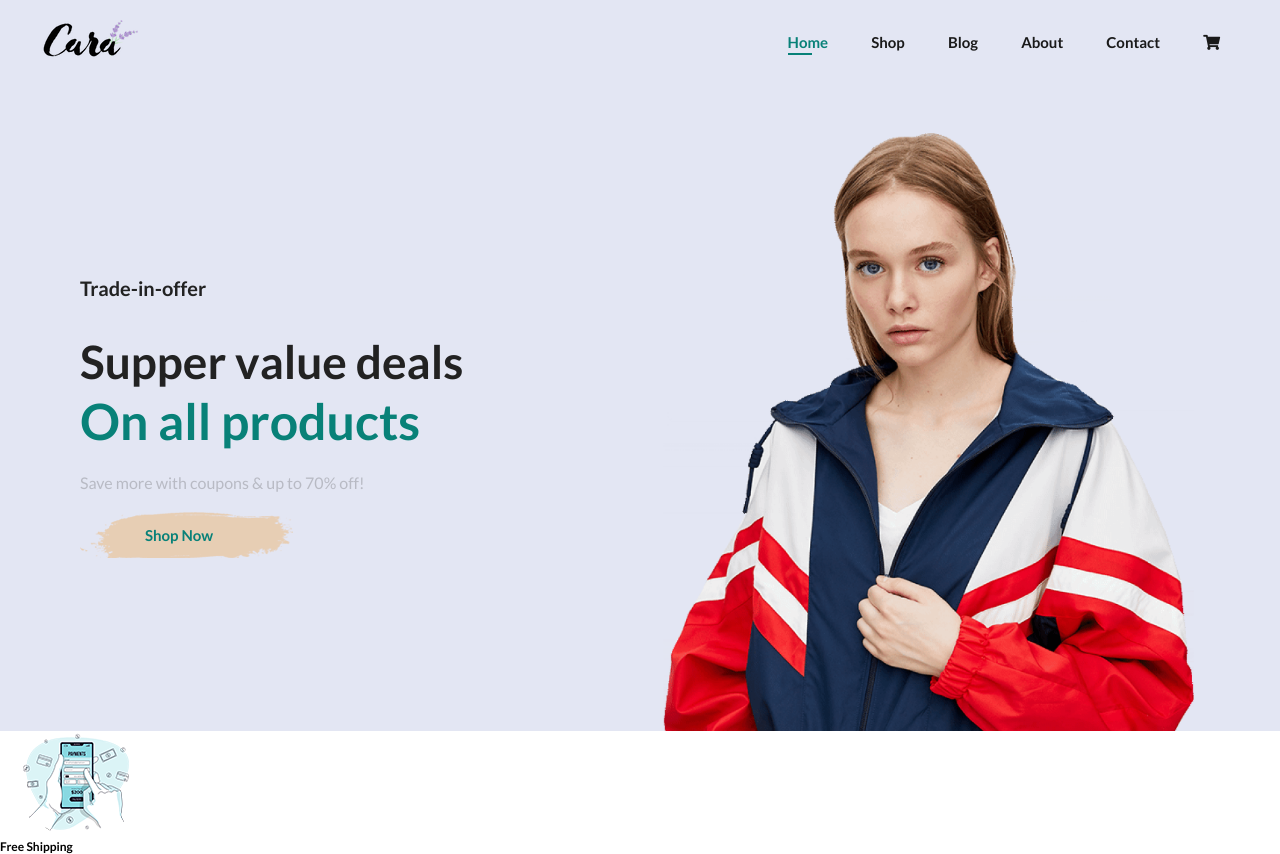
Repository: Nguyenductuan-dev/Website-Clothes
Page: index.html
An editor plug-in stored every save of this project. The page is shown before and after the next save, followed by the edit.
The browser window is 1280 px wide. The pictures show the whole page.

Above is the page before, as saved 2022-04-25 23:51:57.

### index.html
<!DOCTYPE html>
<html lang="en">
<head>
    <meta charset="UTF-8">
    <meta http-equiv="X-UA-Compatible" content="IE=edge">
    <meta name="viewport" content="width=device-width, initial-scale=1.0">
    <link rel="shortcut icon" href="assets/imgs/favicon.png" type="image/x-icon">
    <link rel="stylesheet" href="https://cdnjs.cloudflare.com/ajax/libs/font-awesome/5.15.1/css/all.min.css" />
    <link rel="preconnect" href="https://fonts.googleapis.com">
    <link rel="preconnect" href="https://fonts.gstatic.com" crossorigin>
    <link href="https://fonts.googleapis.com/css2?family=Lato:wght@400;700&family=Montserrat:ital,wght@0,200;0,300;0,400;0,500;0,600;0,700;1,600&display=swap" rel="stylesheet">
    <link rel="stylesheet" href="assets/css/style.css">
    <title>Website Clothes</title>
</head>
<body>
    <!-- ======================= HEADER ====================== -->
    <header class="header " id="header">
        <div class="header__container container">
            <a href="index.html" class="header__logo">
                <img src="assets/images/logo.png" alt="" class="header__logo-img">
            </a>

            <div class="navbar" id="navbar">
                <ul class="navbar__list">
                    <li class="navbar__item ">
                        <a href="index.html" class="navbar__link navbar__active">Home</a>
                    </li>
                    <li class="navbar__item">
                        <a href="shop.html" class="navbar__link">Shop</a>
                    </li>
                    <li class="navbar__item">
                        <a href="blog.html" class="navbar__link">Blog</a>
                    </li>
                    <li class="navbar__item">
                        <a href="about.html" class="navbar__link">About</a>
                    </li>
                    <li class="navbar__item">
                        <a href="contact.html" class="navbar__link">Contact</a>
                    </li>
                    <li class="navbar__item">
                        <a href="cart.html" class="navbar__link">
                            <i class="fas fa-shopping-cart"></i>
                        </a>
                    </li>
                </ul>
            </div>
        </div>
    </header>

    <!-- ======================= BANNER ====================== -->
    <section class="banner" id="banner">
        <div class="banner__container container">
            <h4>Trade-in-offer</h4>
            <h2>Supper value deals</h2>
            <h1>On all products</h1>
            <p>Save more with coupons & up to 70% off!</p>
            <button class="banner__btn">
                Shop Now
            </button>
        </div>
    </section>
    <section class="feature" id="feature">
        <div class="feature__box">
            <img src="assets/images/features/f1.png" alt="" class="feature__img">
            <h6 class="feature__title">Free Shipping</h6>
        </div>
    </section>

    <script src="assets/js/main.js"></script>
</body>
</html>

### assets/css/style.css
* {
    margin: 0;
    padding: 0;
    box-sizing: border-box;
    font-family: 'Lato', sans-serif;
}
h1 {
    font-size: 50px;
    line-height: 64px;
    color: #222;
}
h2 {
    font-size: 46px;
    line-height: 54px;
    color: #222;
}

h4 {
    font-size: 20px;
    line-height: 64px;
    color: #222;
}
h6 {
    font-weight: 700;
    font-size: 12px;
}
p {
    font-size: 16px;
    color: #4444;
}
body {
    width: 100%;
}
.container {
    max-width: 1200px;
    margin: auto;
}
/* ================ HEADER =================== */
.header {
    background-color: #e3e6f3;
    box-shadow: 0 5px 15px rgba(0, 0, 0, .06);
    padding: 20px 0;
}
.header__container {
    max-width: 1200px;
    display: flex;
    justify-content: space-between;
    align-items: center;
    margin: auto;
}
.navbar {
    display: inline-block;
}
.navbar__item {
    display: inline-block;
    list-style: none;
    padding: 0 20px;
    position: relative;
}
.navbar__link {
    text-decoration: none;
    color: #1a1a1a;
    font-size: 15px;
    font-weight: 600;
    transition: .3s ease;

}
.navbar__link:hover,
.navbar__link.navbar__active {
    color: #088178;
}
.navbar__active::after,
.navbar__link:hover::after {
    content: '';
    width: 30%;
    height: 2px;
    background-color: #088178;
    position: absolute;
    bottom: -4px;
    left: 20px;
}
.scroll-header {
    position: fixed;
    top: 0;
    left: 0;
    width: 100%;
    padding: 10px 0;
    transition: .4s;
}
/* ================ BANNER =================== */
.banner {
    background-image: url('../images/hero4.png');
    width: 100%;
    background-position: top 25% right 0;
    background-size: cover;
    padding: 0 80px;
}
.banner__container {
    display: flex;
    height: 90vh;
    flex-direction: column;
    align-items: flex-start;
    justify-content: center;
}
.banner__container h4 {
    padding-bottom: 15px;
}
.banner__container h1 {
    color: #088178;
}
.banner__container p {
    padding: 20px 0;
}
.banner__container .banner__btn {
    background-image: url('../images/button.png');
    background-color: transparent;
    color: #088178;
    border: none;
    padding: 14px 80px 14px 65px;
    background-repeat: no-repeat;
    cursor: pointer;
    font-weight: 700;
    font-size: 15px;
}

### assets/js/main.js
/* ================ SCROLL HEADER ================*/
function scrollheader() {
    let header = document.getElementById('header');
    if (this.scrollY >= 200) {
        header.classList.add('scroll-header');
    }
    else {
        header.classList.remove('scroll-header');
    }
}
window.addEventListener('scroll', scrollheader);

After the next save:
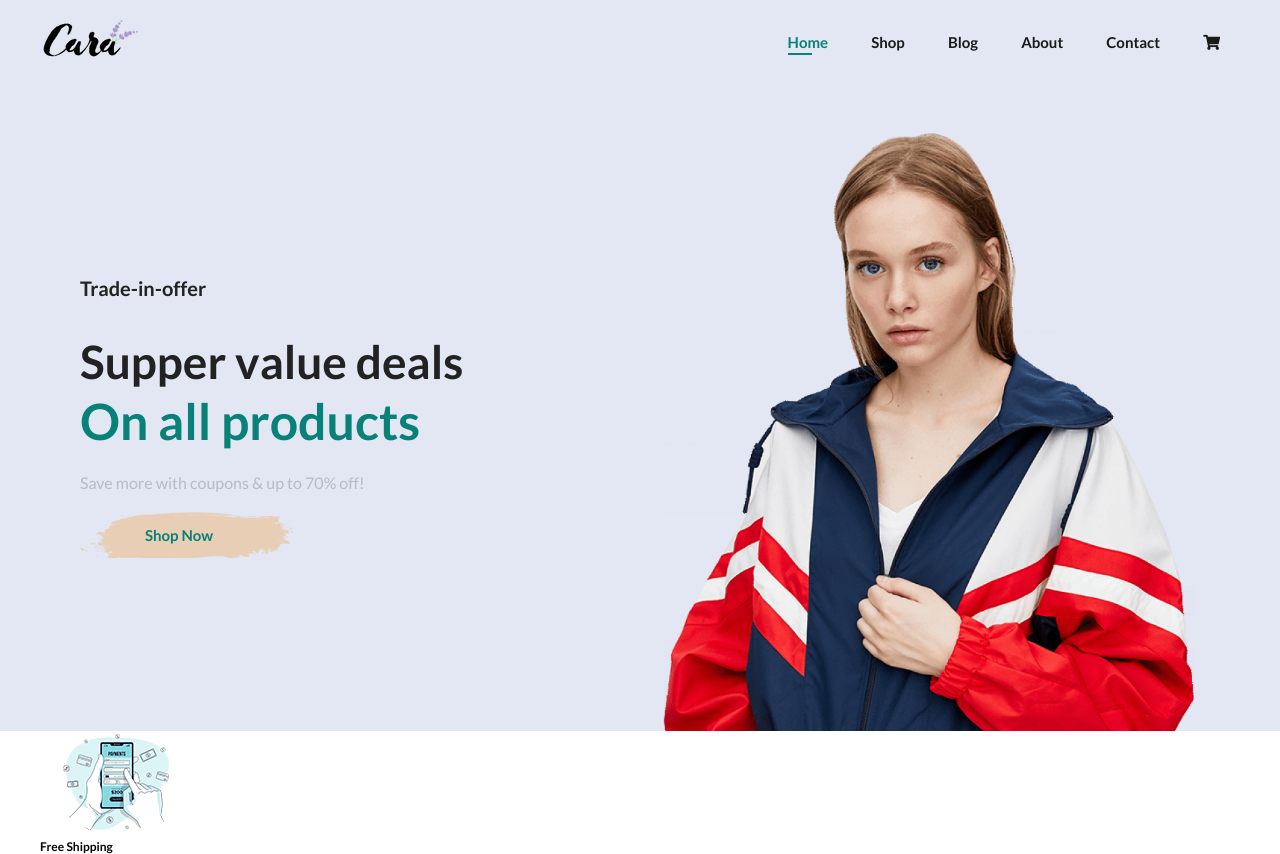
Saved 19 s later.
--- a/index.html
+++ b/index.html
@@ -59,7 +59,7 @@
             </button>
         </div>
     </section>
-    <section class="feature" id="feature">
+    <section class="feature container" id="feature">
         <div class="feature__box">
             <img src="assets/images/features/f1.png" alt="" class="feature__img">
             <h6 class="feature__title">Free Shipping</h6>
